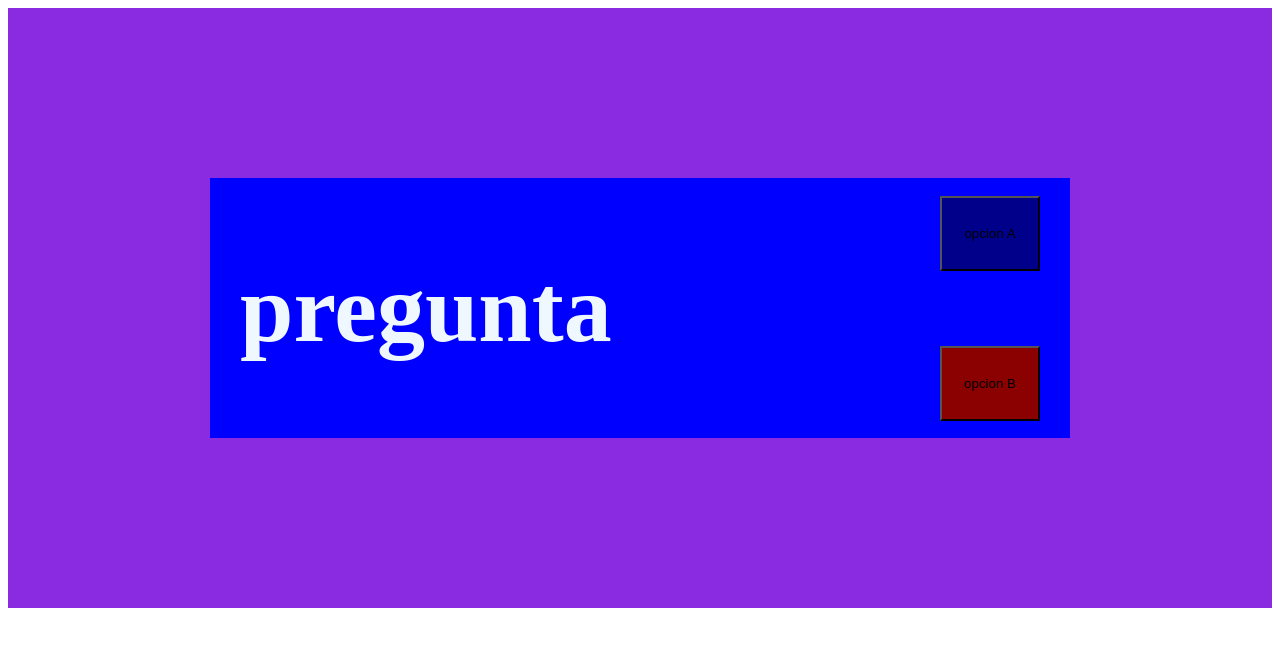
Repository: eschala/Proyecto_Clonaci-n_Kahoot_2023-2
Page: Borrador_Samir_Kahoot_NEW/Prueaba_Validar.html
These files come from the project's save history. The page is drawn as it stood at one moment and after the next save; the edit follows.
The browser window is 1280 px wide. The pictures show the whole page.

Above is the page before, as saved 2023-11-29 13:06:12.
Console error: TypeError: Cannot set properties of null (setting 'innerHTML')

### Borrador_Samir_Kahoot_NEW/Prueaba_Validar.html
<!DOCTYPE html>
<html lang="en">

<head>
    <meta charset="UTF-8">
    <meta name="viewport" content="width=device-width, initial-scale=1.0">
    <title>Document</title>
    <style>

    </style>
    <link rel="stylesheet" href="stylePrueba.css">

</head>

<body>
    <div class="container">

        <div class="sectionContainer">

            <h1 class="tituloClass">
                pregunta
            </h1>

            <div class="section_Buttons">
                <div class="btn_content"><button type="button" class="btn_1 botones">opcion A</button></div>
                <div class="btn_content"><button type="button" class="btn_2 botones">opcion B</button></div>



            </div>

        </div>

    </div>

    <script src="respuesta_VALIDAR.js"></script>
</body>

</html>

### Borrador_Samir_Kahoot_NEW/stylePrueba.css
.container {

    width: 100%;
    height: 600px;
    background-color: blueviolet;

    display: flex;
    flex-direction: column;

    align-items: center;
    justify-content: center;

}

.sectionContainer {

    height: 200px;
    width: 800px;

    background-color: blue;

    display: flex;
    justify-content: space-between;
    align-items: center;
    color: aliceblue;

    font-size: 3rem;
    padding: 30px;
}

.sub_Container_2 {

    height: 200px;
    width: 800px;

    background-color: red;

    display: flex;

}

.btn_content {
    height: 150px;
    width: 100px;
    display: flex;

    align-items: center;
    justify-content: center;
}

.btn_1 {
    width: 100%;
    height: 50%;

    background-color:darkblue;
}

.btn_2 {
    width: 100%;
    height: 50%;

    background-color:darkred;
}

.botones:hover{

    opacity: 50%;
    cursor: pointer;
}

.botones{
    cursor: pointer;
}

### Borrador_Samir_Kahoot_NEW/respuesta_VALIDAR.js
const element_counterScreen = document.querySelector(".counterScreen");
        const element_counterScreen_2 = document.querySelector(".counterScreen_2");
        const element_botones_1 = document.querySelector(".botones_1");
        const element_botones_2 = document.querySelector(".botones_2");

        let count = 10;
        let clicks = 0;
        let timerSet;

        element_counterScreen.innerHTML = count + "s";

        const activarTiempo = () => {
            element_botones_1.innerHTML="Reiniciar";
            clearInterval(timerSet);
            timerSet = setInterval(contarSegundos, 1000);
        };

        const contarSegundos = () => {
            count--;
            element_counterScreen.innerHTML = count + "s";

            if (count <= 0) {
                activarTiempo();
                element_botones_1.disabled = false;
            } else {
                element_botones_1.disabled = true;
            }

            if (count == 10) {
                element_botones_1.style.display = "none";
            } else {
                element_botones_1.style.display = "block";
            }
            if(count<0){
                element_counterScreen.innerHTML=0+"s";
            }else{
                element_counterScreen.innerHTML = count + "s";

            }
        };

        const contarCLICKS = () => {
            clicks++;
            element_counterScreen_2.innerHTML = clicks + " clicks";
        };

        const reiniciarContador = () => {
            clearInterval(timerSet);
            count = 10;
            element_counterScreen.innerHTML = count + "s";

            if (count == 10) {
                element_botones_1.style.display = "none";
            } else {
                element_botones_1.style.display = "block";
            }

            activarTiempo();
        };

        const detenerContador = () => {
            clearInterval(timerSet);
            element_counterScreen.innerHTML = "Tiempo detenido";
            element_botones_1.style.display = "block";
            element_botones_1.disabled = false;
            element_botones_1.innerHTML="Iniciar";
        };

        element_botones_1.addEventListener("click", reiniciarContador);
        element_botones_1.addEventListener("click", contarCLICKS);
        element_botones_2.addEventListener("click", detenerContador);

        activarTiempo();

After the next save:
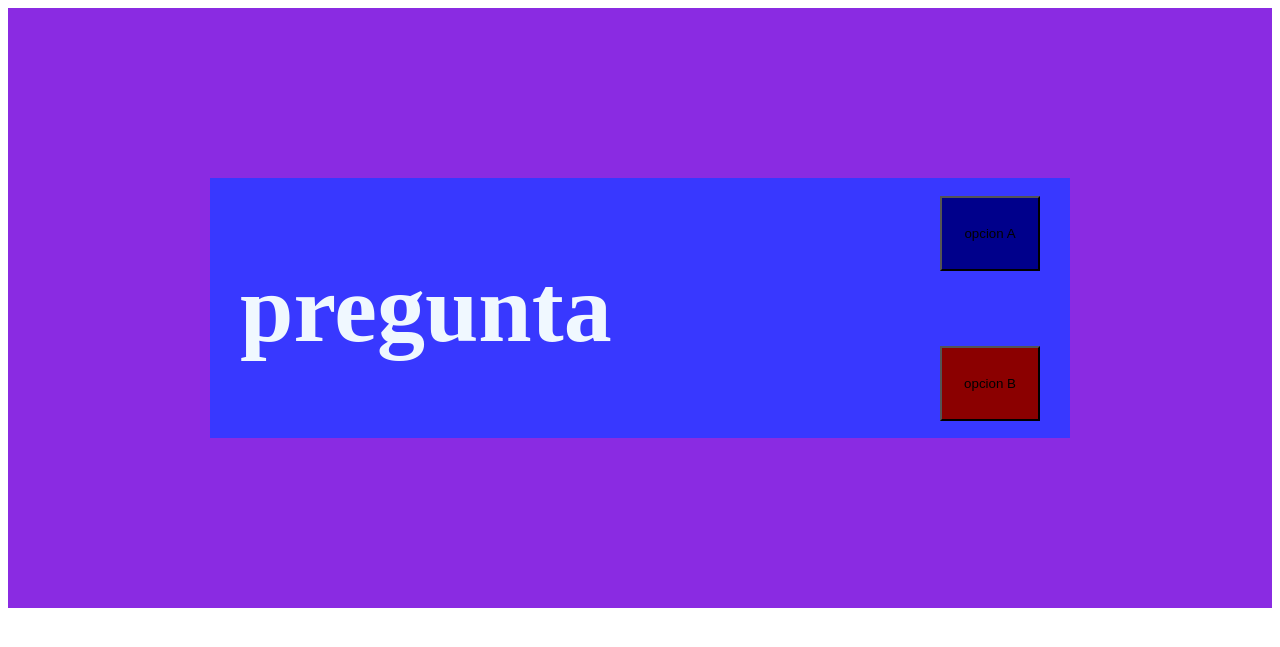
Saved 8 s later.
--- a/Borrador_Samir_Kahoot_NEW/stylePrueba.css
+++ b/Borrador_Samir_Kahoot_NEW/stylePrueba.css
@@ -17,7 +17,7 @@
     height: 200px;
     width: 800px;
 
-    background-color: blue;
+    background-color: rgb(56, 56, 255);
 
     display: flex;
     justify-content: space-between;
